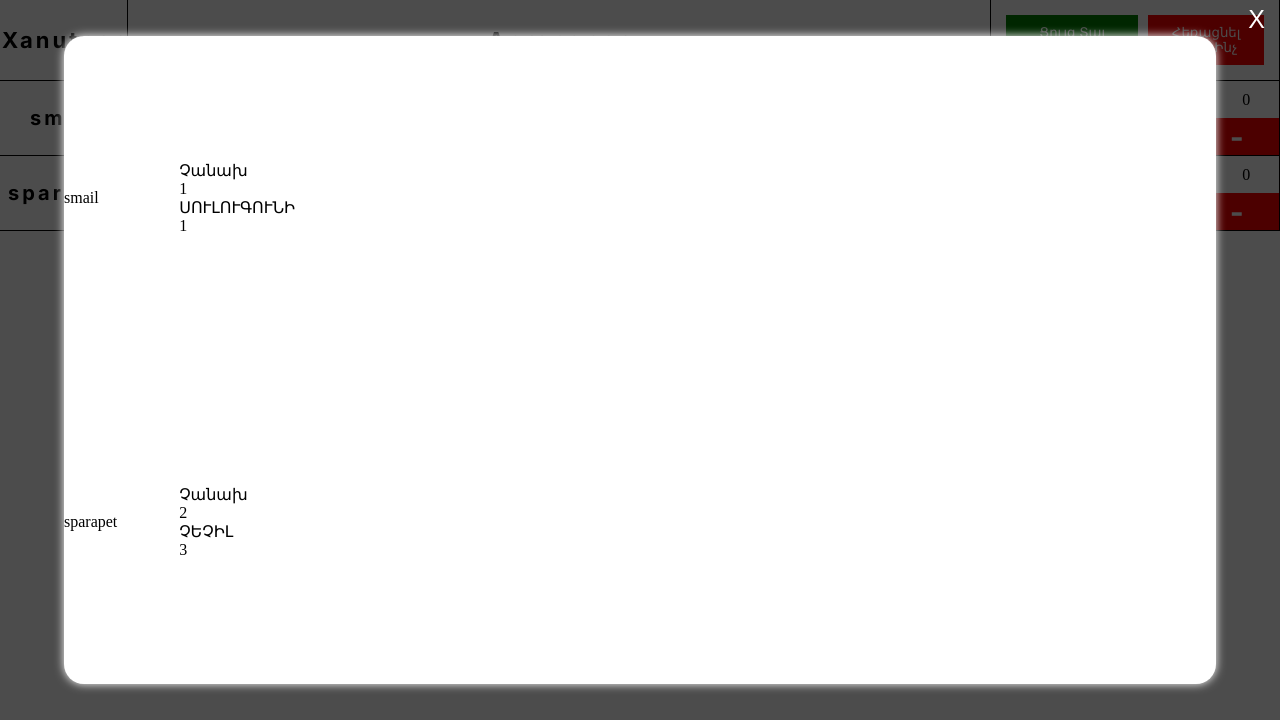
Repository: AbApin/amasia
Page: /
The author's editor kept a copy of each file at every save. The page is drawn from the files as they stood at one save, then again after a run of saves.
The browser window is 1280 px wide. The pictures show the whole page.
The project was rebuilt for these pictures with package versions that can differ from the ones it lists, and the page was loaded fresh each time. Also part of the build but not shown: vue.config.js.

Above is the page before, as saved 2023-01-28 17:15:01.

After the next 3 saves:
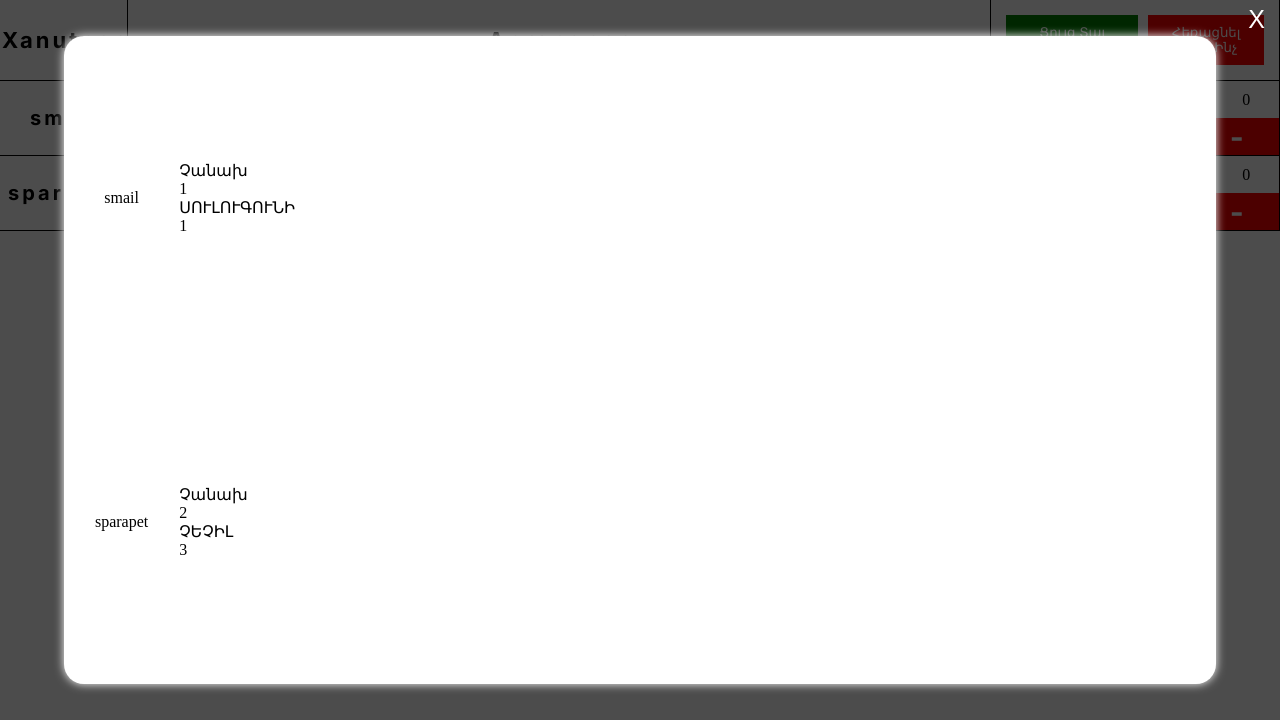
The 3 saves are shown as one change because they came seconds apart.
The last was saved 8 s later.
--- a/src/App.vue
+++ b/src/App.vue
@@ -277,7 +277,9 @@ ul {
 }
 .endhanurQanakiListItemXanutiAnun {
   width: 10%;
-  display: ;
+  display: flex;
+  align-items: center;
+  justify-content: center;
 }
 .closeBtn {
   display: inline-block;
